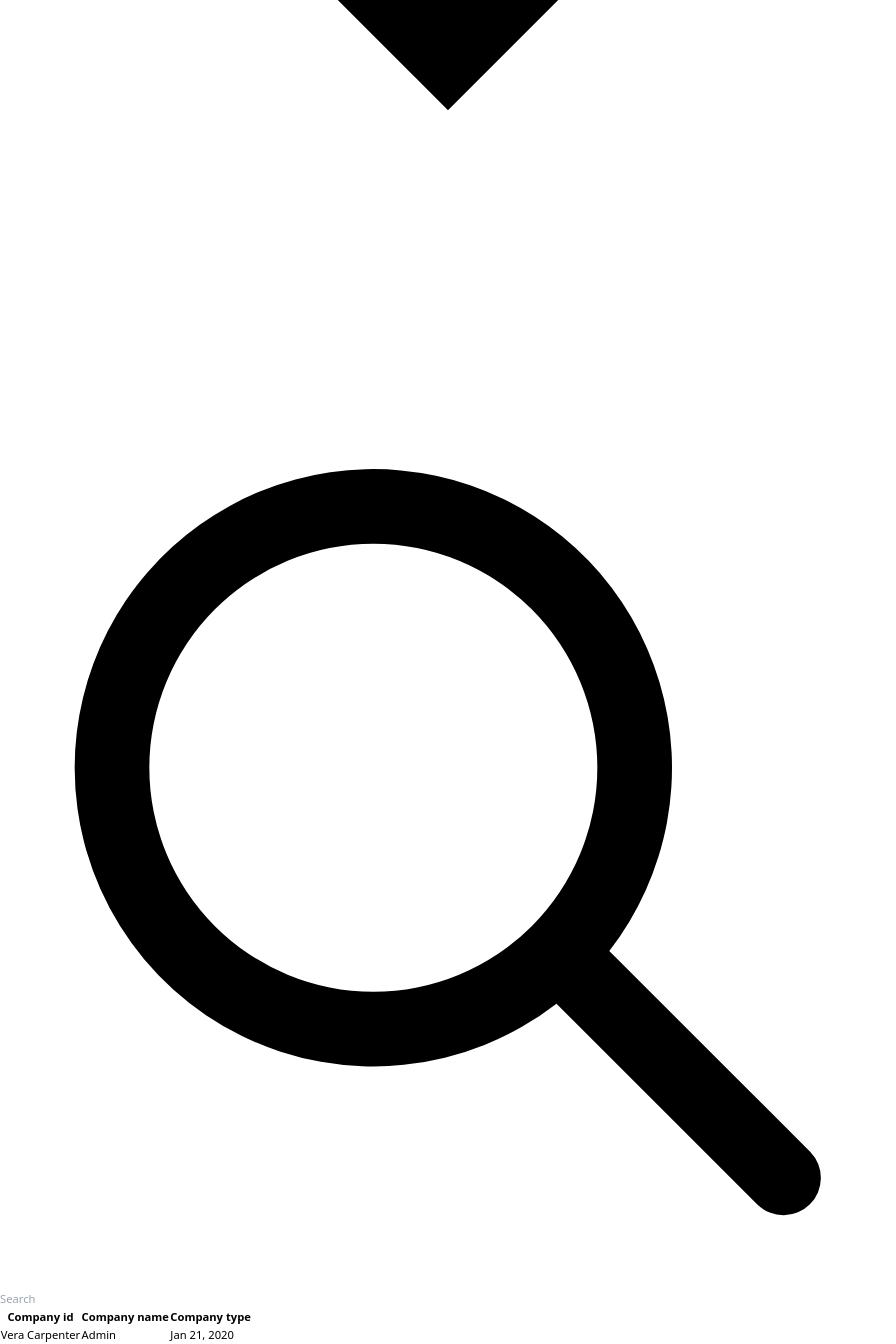
Repository: AlekJanevski/capcito
Page: /
An editor plug-in stored every save of this project. The page is shown before and after the next save, followed by the edit.
The browser window is 1280 px wide. The pictures show the part of the page from y = 2068 to 3988 px (the page is 3988 px tall before and 3962 px after), at 70% of full size.
The page's requests for data from a server got no answer. The project was rebuilt for these pictures with package versions that can differ from the ones it lists, and the page was loaded fresh each time. No one was signed in, and anything a server would have sent is missing.

Above is the page before, as saved 2021-02-10 19:59:19.

### src/App.vue
<template>
  <HelloWorld />
</template>

<script>
import HelloWorld from './components/HelloWorld.vue'

export default {
  name: 'App',
  components: {
    HelloWorld
  }
}
</script>

<style>

</style>

### src/components/HelloWorld.vue
<template>
		<!-- <table class="rounded-t-lg m-5 w-5/6 mx-auto bg-gray-200 text-gray-800">
			<tr class="text-left border-b-2 border-gray-300">
				<th class="px-4 py-3">Company ID</th>
				<th class="px-4 py-3">Company name</th>
				<th class="px-4 py-3">Company type: </th>
			</tr>

			<tr class="bg-gray-100 border-b border-gray-200" v-for="user in usersList" :key="user.id">
				<td class="px-4 py-3">{{ user.id }}</td>
				<td class="px-4 py-3">{{ user.name }}</td>
				<td class="px-4 py-3">{{ user.type }}</td>
			</tr>
		</table> -->
		<div class="container mx-auto px-4 sm:px-8">
			<div class="py-8">
				<div>
					<h2 class="text-2xl font-semibold leading-tight">Companies</h2>
				</div>

				<div class="my-2 flex sm:flex-row flex-col">
					<div class="flex flex-row mb-1 sm:mb-0">
						<div class="relative">
							<select class="appearance-none h-full rounded-l border block appearance-none w-full bg-white border-gray-400 text-gray-700 py-2 px-4 pr-8 leading-tight focus:outline-none focus:bg-white focus:border-gray-500">
								<option>5</option>
								<option>10</option>
								<option>20</option>
							</select>
							<div
								class="pointer-events-none absolute inset-y-0 right-0 flex items-center px-2 text-gray-700">
								<svg class="fill-current h-4 w-4" xmlns="http://www.w3.org/2000/svg" viewBox="0 0 20 20">
									<path d="M9.293 12.95l.707.707L15.657 8l-1.414-1.414L10 10.828 5.757 6.586 4.343 8z" />
								</svg>
							</div>
						</div>
						<div class="relative">
							<select
								class="appearance-none h-full rounded-r border-t sm:rounded-r-none sm:border-r-0 border-r border-b block appearance-none w-full bg-white border-gray-400 text-gray-700 py-2 px-4 pr-8 leading-tight focus:outline-none focus:border-l focus:border-r focus:bg-white focus:border-gray-500">
								<option>All</option>
								<option>Active</option>
								<option>Inactive</option>
							</select>
							<div
								class="pointer-events-none absolute inset-y-0 right-0 flex items-center px-2 text-gray-700">
								<svg class="fill-current h-4 w-4" xmlns="http://www.w3.org/2000/svg" viewBox="0 0 20 20">
										<path d="M9.293 12.95l.707.707L15.657 8l-1.414-1.414L10 10.828 5.757 6.586 4.343 8z" />
								</svg>
							</div>
						</div>
					</div>

					<div class="block relative">
						<span class="h-full absolute inset-y-0 left-0 flex items-center pl-2">
							<svg viewBox="0 0 24 24" class="h-4 w-4 fill-current text-gray-500">
								<path d="M10 4a6 6 0 100 12 6 6 0 000-12zm-8 6a8 8 0 1114.32 4.906l5.387 5.387a1 1 0 01-1.414 1.414l-5.387-5.387A8 8 0 012 10z" />
							</svg>
						</span>

						<input placeholder="Search"
							class="appearance-none rounded-r rounded-l sm:rounded-l-none border border-gray-400 border-b block pl-8 pr-6 py-2 w-full bg-white text-sm placeholder-gray-400 text-gray-700 focus:bg-white focus:placeholder-gray-600 focus:text-gray-700 focus:outline-none" />
					</div>
				</div>

				<div class="-mx-4 sm:-mx-8 px-4 sm:px-8 py-4 overflow-x-auto">
					<div class="inline-block min-w-full shadow rounded-lg overflow-hidden">
						<table class="min-w-full leading-normal">
							<thead>
								<tr>
									<th class="px-5 py-3 border-b-2 border-gray-200 bg-gray-100 text-left text-xs font-semibold text-gray-600 uppercase tracking-wider">
											Company id
									</th>
									<th class="px-5 py-3 border-b-2 border-gray-200 bg-gray-100 text-left text-xs font-semibold text-gray-600 uppercase tracking-wider">
											Company name
									</th>
									<th class="px-5 py-3 border-b-2 border-gray-200 bg-gray-100 text-left text-xs font-semibold text-gray-600 uppercase tracking-wider">
											Company type
									</th>
								</tr>
							</thead>

							<tbody>
									<tr>
										<td class="px-5 py-5 border-b border-gray-200 bg-white text-sm">
											<div class="flex items-center">
												<p class="text-gray-900 whitespace-no-wrap">
													Vera Carpenter
												</p>
											</div>
										</td>

										<td class="px-5 py-5 border-b border-gray-200 bg-white text-sm">
											<p class="text-gray-900 whitespace-no-wrap">Admin</p>
										</td>

										<td class="px-5 py-5 border-b border-gray-200 bg-white text-sm">
											<p class="text-gray-900 whitespace-no-wrap">
												Jan 21, 2020
											</p>
										</td>
									</tr>
							</tbody>
						</table>
						<!-- <div
							class="px-5 py-5 bg-white border-t flex flex-col xs:flex-row items-center xs:justify-between          ">
							<span class="text-xs xs:text-sm text-gray-900">
								Showing 1 to 4 of 50 Entries
							</span>
							<div class="inline-flex mt-2 xs:mt-0">
								<button
									class="text-sm bg-gray-300 hover:bg-gray-400 text-gray-800 font-semibold py-2 px-4 rounded-l">
									Prev
								</button>
								<button
									class="text-sm bg-gray-300 hover:bg-gray-400 text-gray-800 font-semibold py-2 px-4 rounded-r">
									Next
								</button>
							</div>
						</div> -->
					</div>
				</div>
			</div>
    </div>
</template>

<script>
import axios from 'axios';

export default {
  name: 'Hello World',

  data() {
    return {
      usersList: []
    };
  },

  mounted() {
    axios.get("https://my-json-server.typicode.com/capcito/frontend-ws/companies")
      .then(res => {
        this.usersList = res.data;
        console.log(this.usersList)
      })
      .catch(error => {
        console.log(error)
         // Manage errors if found any
      })
  }
}

</script>

<!-- Add "scoped" attribute to limit CSS to this component only -->
<style scoped>

</style>

Loaded but not shown: public/index.html (common file); src/main.js (common file); src/index.css (common file); tailwind.config.js (common file)

After the next save:
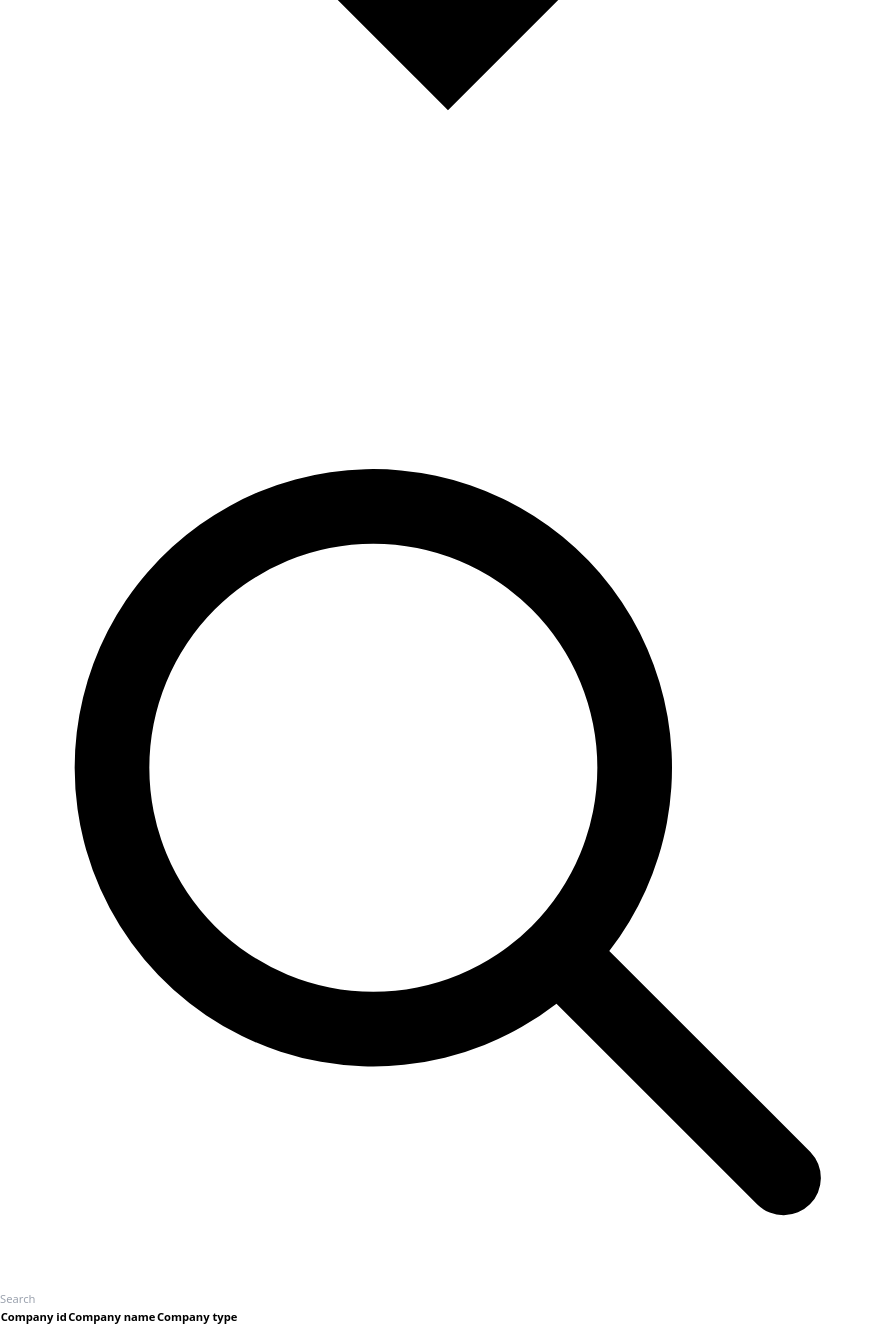
Saved 65 s later.
--- a/src/components/HelloWorld.vue
+++ b/src/components/HelloWorld.vue
@@ -79,22 +79,24 @@
 							</thead>
 
 							<tbody>
-									<tr>
+									<tr v-for="user in usersList" :key="user.id">
 										<td class="px-5 py-5 border-b border-gray-200 bg-white text-sm">
 											<div class="flex items-center">
 												<p class="text-gray-900 whitespace-no-wrap">
-													Vera Carpenter
+													{{ user.id }}
 												</p>
 											</div>
 										</td>
 
 										<td class="px-5 py-5 border-b border-gray-200 bg-white text-sm">
-											<p class="text-gray-900 whitespace-no-wrap">Admin</p>
+											<p class="text-gray-900 whitespace-no-wrap">
+												{{ user.name }}
+											</p>
 										</td>
 
 										<td class="px-5 py-5 border-b border-gray-200 bg-white text-sm">
 											<p class="text-gray-900 whitespace-no-wrap">
-												Jan 21, 2020
+												{{ user.type }}
 											</p>
 										</td>
 									</tr>
